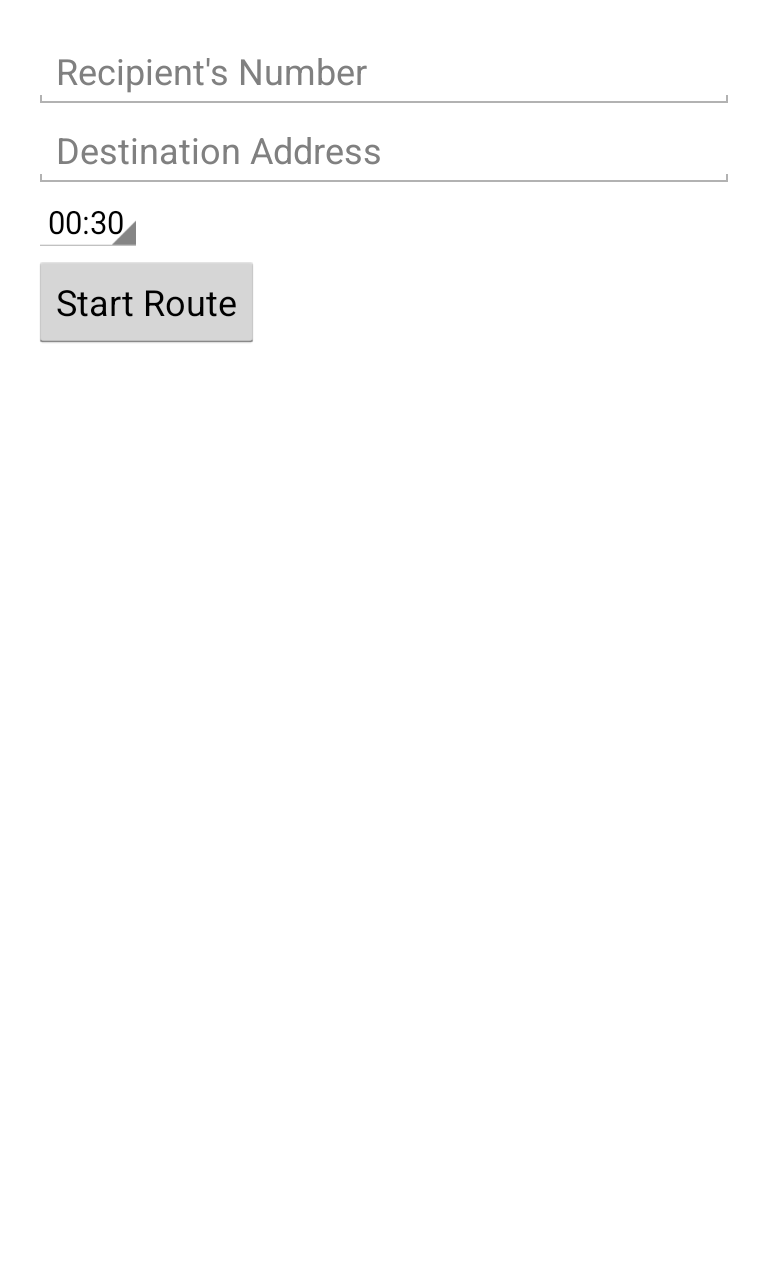
Repository: jmh9072/zolotnik
Layout: app/Herald!/res/layout/activity_main.xml
These files come from the project's save history. The layout is drawn as it stood at one moment and after a run of saves; the edit follows.
It is drawn on a 768 x 1280 px phone screen (xhdpi) without system bars, with theme AppTheme; the app's code is not run.

Above is the layout before, as saved 2013-06-08 00:58:46.

### app/Herald!/res/layout/activity_main.xml
<LinearLayout xmlns:android="http://schemas.android.com/apk/res/android"
    xmlns:tools="http://schemas.android.com/tools"
    android:layout_width="match_parent"
    android:layout_height="match_parent"
    android:orientation="vertical"
    android:paddingBottom="@dimen/activity_vertical_margin"
    android:paddingLeft="@dimen/activity_horizontal_margin"
    android:paddingRight="@dimen/activity_horizontal_margin"
    android:paddingTop="@dimen/activity_vertical_margin"
    tools:context=".MainActivity" >

    <EditText
        android:id="@+id/recipient_number"
        android:layout_width="fill_parent"
        android:layout_height="wrap_content"
        android:hint="@string/phone_hint"
        android:inputType="phone"/>

    <EditText
        android:id="@+id/destination_address"
        android:layout_width="fill_parent"
        android:layout_height="wrap_content"
        android:hint="@string/address_hint"
        android:inputType="textPostalAddress"/>

    <Spinner
        android:id="@+id/interval_spinner"
        android:layout_width="wrap_content"
        android:layout_height="wrap_content"
        android:entries="@array/interval_array"
        android:prompt="@string/update_interval"/>

    <Button
        android:id="@+id/start_button"
        android:layout_width="wrap_content"
        android:layout_height="wrap_content"
        android:text="@string/start_route"/>



</LinearLayout>

### app/Herald!/res/values/strings.xml
<?xml version="1.0" encoding="utf-8"?>
<resources>

    <string name="app_name">Herald!</string>
    <string name="action_settings">Settings</string>
    <string name="phone_hint">Recipient\'s Number</string>
    <string name="address_hint">Destination Address</string>
    <string name="update_interval">Choose Update Interval</string>
    <string name="start_route">Start Route</string>

    <string-array name="interval_array">
        <item>00:30</item>
        <item>00:45</item>
        <item>01:00</item>
        <item>01:15</item>
        <item>01:30</item>
        <item>01:45</item>
        <item>02:00</item>
        <item>02:15</item>
        <item>02:30</item>
        <item>02:45</item>
        <item>03:00</item>
        <item>03:15</item>
        <item>03:30</item>
        <item>03:45</item>
        <item>04:00</item>
    </string-array>

</resources>

Loaded but not shown: app/Herald!/res/values/styles.xml (common file); app/Herald!/res/values-v11/styles.xml (common file); app/Herald!/res/values-v14/styles.xml (common file); app/Herald!/res/values/dimens.xml (common file)

After the next 2 saves:
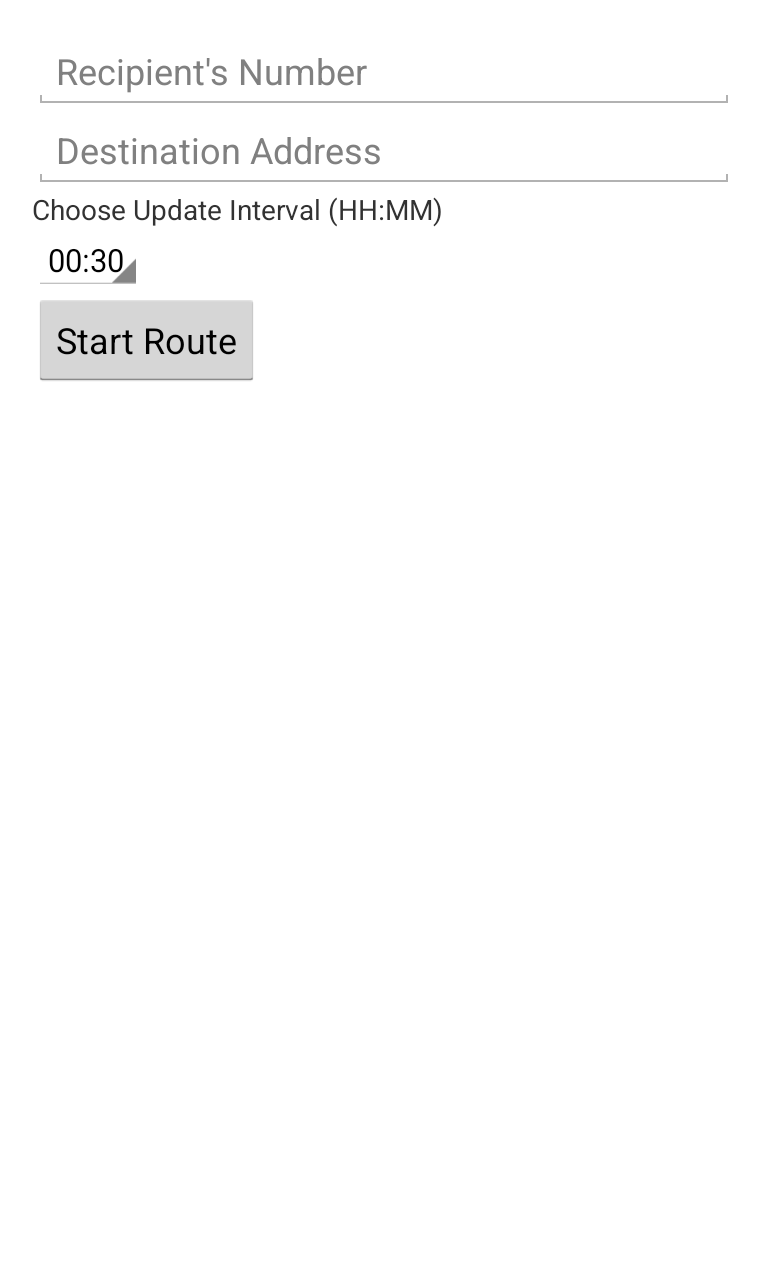
The 2 saves are shown as one change because 1 did not build or start.
The last was saved 15 min 27 s later.
--- a/app/Herald!/res/layout/activity_main.xml
+++ b/app/Herald!/res/layout/activity_main.xml
@@ -23,6 +23,12 @@
         android:hint="@string/address_hint"
         android:inputType="textPostalAddress"/>
 
+    <TextView
+        android:id="@+id/spinner_prompt"
+        android:layout_width="wrap_content"
+        android:layout_height="wrap_content"
+        android:text="@string/update_interval"/>
+
     <Spinner
         android:id="@+id/interval_spinner"
         android:layout_width="wrap_content"
--- a/app/Herald!/res/values/strings.xml
+++ b/app/Herald!/res/values/strings.xml
@@ -5,7 +5,7 @@
     <string name="action_settings">Settings</string>
     <string name="phone_hint">Recipient\'s Number</string>
     <string name="address_hint">Destination Address</string>
-    <string name="update_interval">Choose Update Interval</string>
+    <string name="update_interval">Choose Update Interval (HH:MM)</string>
     <string name="start_route">Start Route</string>
 
     <string-array name="interval_array">
